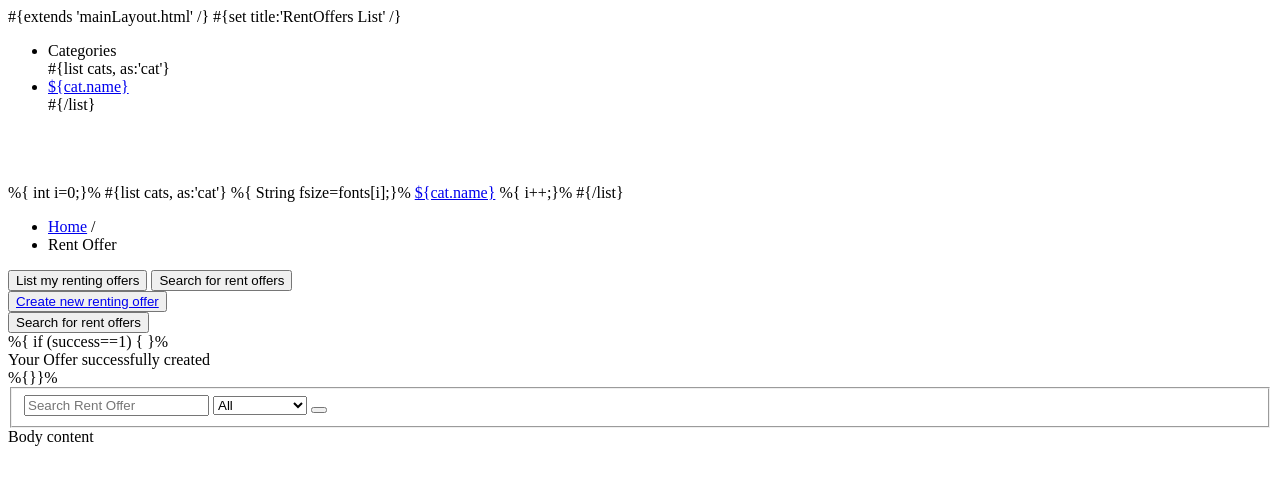
Repository: Maalejm/SEBA
Page: SlifeWebSite/app/views/RentOffers/index.html
The author's editor kept a copy of each file at every save. The page is drawn from the files as they stood at one save, then again after the next save.
The browser window is 1280 px wide. The pictures show the whole page.

Above is the page before, as saved 2013-07-10 01:24:21.
Console error: SyntaxError: Invalid or unexpected token

### SlifeWebSite/app/views/RentOffers/index.html
#{extends 'mainLayout.html' /}
#{set title:'RentOffers List' /}




<div class="container-fluid">

            <div class="row-fluid">
                <div class="span2">

                    <ul class="nav nav-list">
                        <li class="nav-header">Categories</li>

                        #{list cats, as:'cat'}
                         <li
                         %{ if(id.equals(cat.id.toString())) { }%
                          class="active"
                         %{ } }%
                         ><a class="catNav" href="/rentoffer/${cat.id}">${cat.name}</a></li>
                        #{/list}

                    </ul>
                    <br/>
                    <br/>
                    <br/>
                    %{ int i=0;}%
                    #{list cats, as:'cat'}
                       %{ String fsize=fonts[i];}%
                       <span style="font-size:${fsize}px;"><a class="catNav" href="/rentoffer/${cat.id}">${cat.name}</a></span>
                      %{ i++;}%
                    #{/list}


					<div>


                    </div>

                </div>
                <div class="span10">
                    <ul class="breadcrumb">
                        <li><a href="/">Home</a> <span class="divider">/</span></li>
                        <li class="active">Rent Offer</li>
                    </ul>

                    <div class="btn-group">

                        <button class="btn" >List my renting offers</button>

            			<button class="btn"> Search for rent offers</button>
                    </div>

                    <div class="btn-group">
                        <button class="btn"><i class="icon-plus"></i><a href="/rentoffer/newOffer"> Create new renting offer </a></button>
                    </div>

                    <div class="btn-group">

            			<button class="btn"> Search for rent offers</button>
                    </div>

                    %{ if (success==1) {  }%
                    <div class="success"> Your Offer successfully created</div>
                    %{}}%
                    <div class="span10 searchForm">

                            <fieldset>

                                <input name="search" class="span7" type="text" id="search"  placeholder="Search Rent Offer" >
                                    <select id="category" class="span3">
                                        <option value="0">All</option>

                                        #{list cats, as:'cat'}
                                        <option value="${cat.id}">${cat.name}</option>
                                        #{/list}
                                    </select>

                                    <button type="submit" class="btn btn-primary"> <i class="icon-search icon-white"></i></button>
                           </fieldset>

                    </div>

                    <div  id="result">





           </div>



                    Body content
                </div>
            </div>
        </div>





<script type="text/javascript" charset="${_response_encoding}">

    // Rebuild state

    $('#search').val(sessvars.search)
    //if(sessvars.page == undefined) {
        sessvars.page = 1
    //}

    //if(sessvars.firstPage == undefined) {
        sessvars.firstPage = 1
    //}

    //if(sessvars.lastPage == undefined) {
        sessvars.lastPage = 10
    //}


    // Search function
    var search = function() {
    	if($('.active .catNav').attr('href') != undefined)
    		$('#category').val($('.active .catNav').attr('href').split("/")[2])
        loadData($('#search').val(),$('#category').val(),10)

    }

    var loadData=function(search,category,size){


    	sessvars.search = search
        sessvars.category = category
        sessvars.size =size //$('#size').val()
        var listAction = #{jsAction @listOf(':search',':category', ':size', ':page',':firstPage',':lastPage') /}
        $('#result').load(listAction({search: sessvars.search,category :sessvars.category , size: sessvars.size,
        	page: sessvars.page
        	, firstPage: sessvars.firstPage, lastPage: sessvars.lastPage}), function() {


        })

    }

    // Events handler
    $('#submit').click(function() {
        sessvars.page = 1

        search()
    })
    $('#search').keyup(function() {
        sessvars.page = 1

        search()
    })

    $('#category').change(function() {
        sessvars.page = 1

        search()
    })


    $('#nextPage').live('click', function(e) {

    	pageinfo= $(this).attr('href').split(';');
    	sessvars.page =pageinfo[0]
        sessvars.firstPage=pageinfo[1]
        sessvars.lastPage=pageinfo[2]

        e.preventDefault()
        search()
    })

    $('#prePage').live('click', function(e) {
    	pageinfo= $(this).attr('href').split(';');
    	sessvars.page =pageinfo[0]
        sessvars.firstPage=pageinfo[1]
        sessvars.lastPage=pageinfo[2]

        e.preventDefault()
        search()
    })

    $('.pagebtn').live('click', function(e) {

    	pageinfo= $(this).attr('href').split(';');
    	sessvars.page =pageinfo[0]
        sessvars.firstPage=pageinfo[1]
        sessvars.lastPage=pageinfo[2]
        e.preventDefault()
        search()
    })


    $('.catNav').live('click', function(e) {

    	category=$(this).attr('href').split("/")[2]


    	$('#category').val(category)

    	sessvars.page =1
        sessvars.firstPage=1
        sessvars.lastPage=10
        $('#search').val("")
        $('.catNav').parent().removeClass('active');
        $(this).parent().addClass('active');
    	e.preventDefault()

       loadData("",category,10)
    })

    // Init
    if(sessvars.search != undefined) {
        search()

    }

</script>

After the next save:
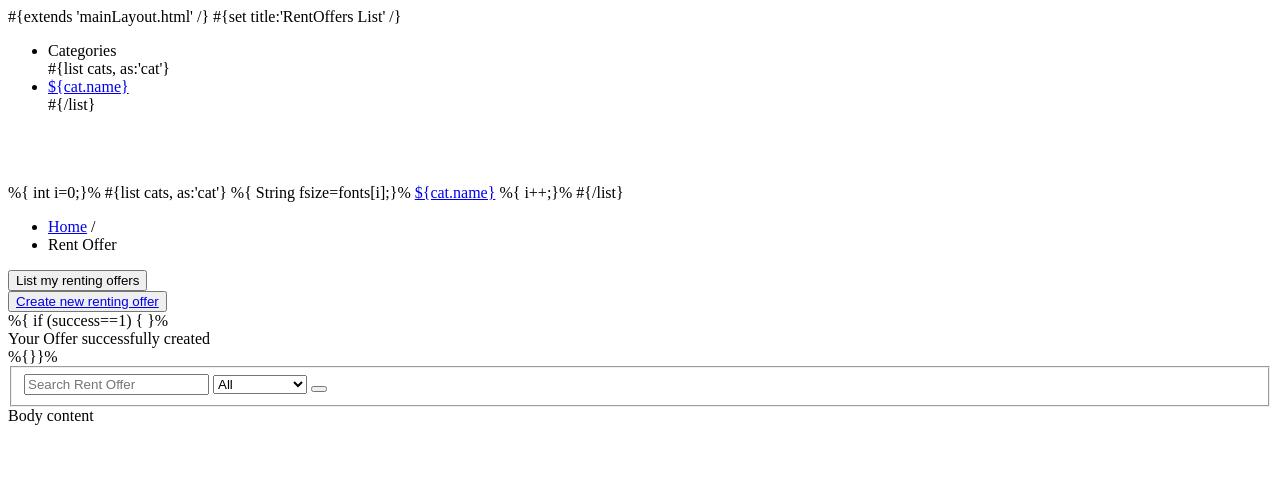
Saved 32 s later.
--- a/SlifeWebSite/app/views/RentOffers/index.html
+++ b/SlifeWebSite/app/views/RentOffers/index.html
@@ -48,17 +48,14 @@
 
                         <button class="btn" >List my renting offers</button>
 
-            			<button class="btn"> Search for rent offers</button>
+
                     </div>
 
                     <div class="btn-group">
                         <button class="btn"><i class="icon-plus"></i><a href="/rentoffer/newOffer"> Create new renting offer </a></button>
                     </div>
 
-                    <div class="btn-group">
-
-            			<button class="btn"> Search for rent offers</button>
-                    </div>
+
 
                     %{ if (success==1) {  }%
                     <div class="success"> Your Offer successfully created</div>
